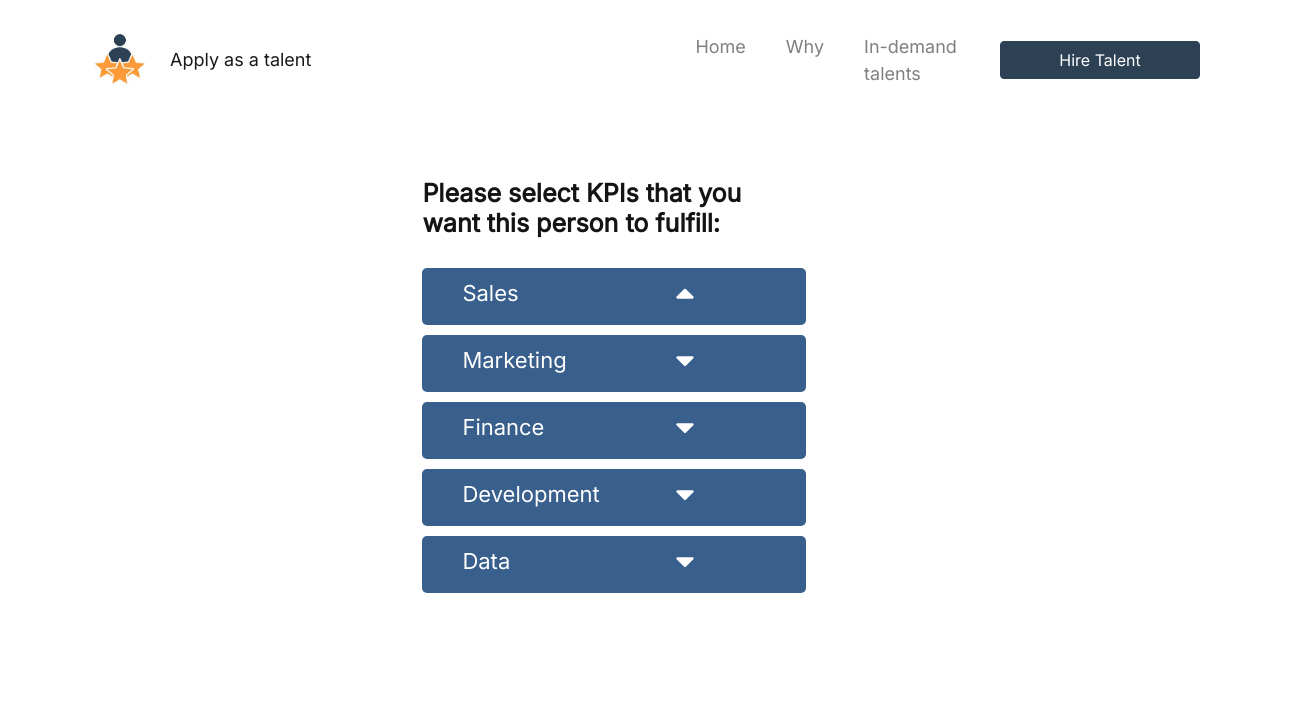
Repository: Ashwe9/talent-hire-reactJs
Page: /kpis, after clicking the first element matching `div.dropdown-box`
An editor plug-in stored every save of this project. The page is shown before and after the next save, followed by the edit.
The browser window is 1280 px wide. The page is 1280 px wide, then 1295 px, so the pictures cover 1295 px, including what lies to the right of the window. The pictures show the whole page.
The project was rebuilt for these pictures with package versions that can differ from the ones it lists, and the page was loaded fresh each time. A package was used in the major version that the imports need, not the one package.json lists. Also part of the build but not shown: src/homePage/components/TrustedBy/TrustedBy.css, src/homePage/components/TrustedBy/TrustedBy.js, src/homePage/components/Roles/Roles.css, src/homePage/components/Roles/Roles.js, src/homePage/components/homePageFooter/HomePageFooter.css, src/homePage/components/homePageFooter/HomePageFooter.js, src/homePage/HomePage.js, src/projectDetails/ProjectDetails.js.

Above is the page before, as saved 2022-08-18 17:38:47.

### public/index.html
<!DOCTYPE html>
<html lang="en">
  <head>
    <meta charset="utf-8" />
    <link rel="icon" href="%PUBLIC_URL%/favicon.ico" />
    <meta name="viewport" content="width=device-width, initial-scale=1" />
    <meta name="theme-color" content="#000000" />
    <meta
      name="description"
      content="Web site created using create-react-app"
    />
    <link rel="apple-touch-icon" href="%PUBLIC_URL%/logo192.png" />
    <link rel="manifest" href="%PUBLIC_URL%/manifest.json" />
    <link rel="stylesheet" href="https://stackpath.bootstrapcdn.com/bootstrap/4.4.1/css/bootstrap.min.css" integrity="sha384-Vkoo8x4CGsO3+Hhxv8T/Q5PaXtkKtu6ug5TOeNV6gBiFeWPGFN9MuhOf23Q9Ifjh" crossorigin="anonymous">
    <link href='https://fonts.googleapis.com/css?family=Inter' rel='stylesheet'>

    <title>App</title>
  </head>
  <body>
    <noscript>You need to enable JavaScript to run this app.</noscript>
    <div id="root"></div>
    <script src="https://code.jquery.com/jquery-3.4.1.slim.min.js" integrity="sha384-J6qa4849blE2+poT4WnyKhv5vZF5SrPo0iEjwBvKU7imGFAV0wwj1yYfoRSJoZ+n" crossorigin="anonymous"></script>
    <script src="https://cdn.jsdelivr.net/npm/popper.js@1.16.0/dist/umd/popper.min.js" integrity="sha384-Q6E9RHvbIyZFJoft+2mJbHaEWldlvI9IOYy5n3zV9zzTtmI3UksdQRVvoxMfooAo" crossorigin="anonymous"></script>
    <script src="https://stackpath.bootstrapcdn.com/bootstrap/4.4.1/js/bootstrap.min.js" integrity="sha384-wfSDF2E50Y2D1uUdj0O3uMBJnjuUD4Ih7YwaYd1iqfktj0Uod8GCExl3Og8ifwB6" crossorigin="anonymous"></script>  </body>
</html>

### src/App.js
import React from 'react'
import { BrowserRouter as Router, Route, Switch } from 'react-router-dom';
import { HomePage } from './homePage/HomePage';
import KPISPage from './kpisPage/KPISPage';
import ProjectDetails from './projectDetails/ProjectDetails';

function App() {
  return (
    <Router>
      <Switch>
        <Route exact path="/" component={HomePage} />
        <Route exact path="/kpis" component={KPISPage} />
        <Route exact path="/projectdetails" component={ProjectDetails} />
      </Switch>
    </Router>
  );
}

export default App;

### src/kpisPage/KPISPage.js
import React from 'react'
import './KPISPage.css'
import { Navbar } from '../shared-components/Navbar/Navbar'
import Header from './Header'
import DropDown from './DropDown'

const KPISPage = () => {
  return (
    <div>
      <Navbar />
      <Header />
      <DropDown title="Sales"/>
      <DropDown title="Marketing"/>
      <DropDown title="Finance"/>
      <DropDown title="Development"/>
      <DropDown title="Data"/>
    </div>
  )
}

export default KPISPage

### src/shared-components/Navbar/Navbar.js
import React from 'react'
import './Navbar.css'
import { useHistory } from 'react-router-dom'

export const Navbar = () => {
  let history=useHistory();
  return (
    <nav className="navbar navbar-expand-lg navbar-light">
      <img src= {require('../../assets/icon.png')} className="icon"/>
      <a className="navbar-brand title" href="#">Apply as a talent</a>
      <button className="navbar-toggler" type="button" data-toggle="collapse" data-target="#navbarText" aria-controls="navbarText" aria-expanded="false" aria-label="Toggle navigation">
        <span className="navbar-toggler-icon"></span>
      </button>
      <div className="collapse navbar-collapse" id="navbarText">
        <ul className="navbar-nav mr-auto">
          <li className="nav-item">
            <a className="nav-link" href="#" onClick={() => {
                history.push('/');
              } }>Home</a>
          </li>

          <li className="nav-item">
            <a className="nav-link" href="#">Why</a>
          </li>
          <li className="nav-item">
            <a className="nav-link" href="#">In-demand talents</a>
          </li>
        </ul>
        <span className="navbar-text">
          <button className='btn btn-dark navbar-btn'>Hire Talent</button>
        </span>
      </div>
    </nav>
  )
}

### src/kpisPage/Header.js
import React from 'react'
import './Header.css'

const Header = () => {
  return (
    <div className='header-box'>
        <p className='header-by-title'>
            Please select KPIs that you want this person to fulfill:
        </p>
    </div>
  )
}

export default Header

### src/kpisPage/DropDown.js
import {FaCaretDown, FaCaretUp} from 'react-icons/fa'
import React , { useState } from 'react'
import './DropDown.css'
import { left } from '@popperjs/core'
import Talents from './Talents'


const DropDown = ({title}) => {
    const [x, setCount] = useState(0);
    const incrementCount = () => {
        setCount(x + 1);
      };

  return (
    <div>
        <div className='dropdown-box' onClick={incrementCount} >
            <p className='dropdown-title'>{title}</p>
            <a> { x%2===0 ? <FaCaretDown id='icon' size={30} style={{}} /> : <FaCaretUp id='icon' size={30} style={{}} />}</a>
        </div>
        { x%2===1 ? <Talents title={title}/> : <></>}
    </div>
  )
}

export default DropDown

### src/shared-components/Navbar/Navbar.css
.icon{
    width: 80px;
}

.title{
    font-family: "Inter";
    font-style: normal;
    font-weight: 500;
    font-size: 18px;
    line-height: 28px;
    align-items: center;
    color: #444444;
    padding-left: 10px;
}

#navbarText{
    margin-left: 30%;
}
.navbar-items{
    margin: 0 35%;

}

.nav-item{
    font-family: "Inter";
    font-style: normal;
    font-weight: 500;
    font-size: 18px;
    align-items: center;
    color: #444444;
    padding-left: 24px;
}

.navbar-btn{
    font-family: "Inter";
    font-style: bold;
    background: #2c4154;
    /* padding: 5px 50px; */
    border-color: #2c4154;
    width: 200px;
}

.navbar{
    margin: 10px 5%;
}

@media only screen and (max-width: 600px) {
    body {
      background-color: lightblue;
    }
  }

### src/kpisPage/Header.css
.header-box{
    margin: 30px 30%;
    padding: 3%;
    padding-bottom: 0%;
    align-items: center;
    width: 35%;
}

.header-by-title{
    font-family: "Inter";
    font-style: bolder;
    font-weight: 700;
    font-size: 25px;
    line-height: 30px;
    align-items: center;
    color: #141414;
}


@media only screen and (max-width: 700px) {

    .header-by-title{
        font-size: 16px;
    }

    .header-box{
        margin-left: 90px;
        width: 100%;
    }
  }
@media only screen and (max-width: 450px) {
    .header-by-title{
        font-size: 13px;
    }
    .header-box{
        margin-left: 70px;
        width: 100%;
    }
}

### src/kpisPage/DropDown.css
.dropdown-box{
    margin: 0px 33%;
    padding-top: 10px;
    padding-bottom: 1px;
    width: 30%;
    background-color: #395f8c;
    border-radius: 5px;
    display: flex;
    cursor: pointer;
    margin-bottom: 10px;

}

.dropdown-title{
    font-family: "Inter";
    font-style: bolder;
    font-weight: 300;
    font-size: 22px;
    line-height: 30px;
    align-items: center;
    color: white;
    margin-left: 40px;
}

#icon{
    color: white;
    position:absolute;
    right:580px;
}


@media only screen and (max-width: 700px) {

    .dropdown-title{
        font-size: 16px;
        margin-left: 0;
    }

    .dropdown-box{
        margin-left: 70px;
        width: 60%;
    }
    #icon{
        opacity: 0;
    }
  }
@media only screen and (max-width: 450px) {
    .dropdown-title{
        font-size: 11px;
        margin-left: 0;
    }
    .dropdown-box{
        margin-left: 70px;
        width: 60%;
    }

    #icon{
        opacity: 0;
    }
}

### src/kpisPage/Talents.js
import React from 'react'
import './Talents.css'
import { useState } from 'react'
import {FaPlus, FaMinus} from 'react-icons/fa'


const Talents = ({title}) => {
    const [checked_1, setCount1] = useState(0);
    const incrementCount1 = () => {
        setCount1(checked_1 + 1);
      };
    const [checked_2, setCount2] = useState(0);
    const incrementCount2 = () => {
        setCount2(checked_2 + 1);
    };
    const [checked_3, setCount3] = useState(0);
    const incrementCount3 = () => {
    setCount3(checked_3 + 1);
    };
    const [checked_4, setCount4] = useState(0);
    const incrementCount4 = () => {
        setCount4(checked_4 + 1);
    };
    const [checked_5, setCount5] = useState(0);
    const incrementCount5 = () => {
        setCount5(checked_5 + 1);
        };
    return (
        <div className='talents-box'>
          {{title}==="Sales"? <form className='check-form'>
            <div className='row'>
              <div className={`${checked_1%2===1 ? "talent-item-active" : "talent-item"}`} onClick={incrementCount1}>
                <label className={`${checked_1%2===1 ? "talent-item-paragraph-active" : "talent-item-paragraph"}`}>Sales Growth</label>
                <a> { checked_1%2===0 ? <FaPlus id='icons' size={15}  /> : <FaMinus id='icons' size={15}  />}</a>
              </div>
              <div className={`${checked_2%2===1 ? "talent-item-active" : "talent-item"}`} onClick={incrementCount2}>
                <label className={`${checked_2%2===1  ? "talent-item-paragraph-active" : "talent-item-paragraph"}`}>Sales Target</label>
                <a> { checked_2%2===0 ? <FaPlus id='icons' size={15}  /> : <FaMinus id='icons' size={15}  />}</a>
              </div>
              <div className={`${checked_3%2===1 ? "talent-item-active" : "talent-item"}`} onClick={incrementCount3} >
                <label className={`${checked_3%2===1  ? "talent-item-paragraph-active" : "talent-item-paragraph"}`}>Revenue</label>
                <a> { checked_3%2===0 ? <FaPlus id='icons' size={15}  /> : <FaMinus id='icons' size={15}  />}</a>
              </div>
            </div>
              <div className='row'>
                <div className={`${checked_4%2===1 ? "talent-item-active" : "talent-item"}`} onClick={incrementCount4}>
                  <label className={`${checked_4%2===1  ? "talent-item-paragraph-active" : "talent-item-paragraph"}`}>Customer Churn Rate</label>
                  <a> { checked_4%2===0 ? <FaPlus id='icons' size={15}  /> : <FaMinus id='icons' size={15}  />}</a>
                </div>
                <div className={`${checked_5%2===1 ? "talent-item-active" : "talent-item"}`} onClick={incrementCount5}>
                  <label className={`${checked_5%2===1  ? "talent-item-paragraph-active" : "talent-item-paragraph"}`}>Lead Conversion Ratio</label>
                  <a> { checked_5%2===0 ? <FaPlus id='icons' size={15}  /> : <FaMinus id='icons' size={15}  />}</a>
              </div>
            </div>
          </form> : console.log(title) /*{<form className='check-form'>
            <div className='row'>
              <div className={`${checked_1%2===1 ? "talent-item-active" : "talent-item"}`} onClick={incrementCount1}>
                <label className={`${checked_1%2===1 ? "talent-item-paragraph-active" : "talent-item-paragraph"}`}>Customer Segmentation</label>
                <a> { checked_1%2===0 ? <FaPlus id='icons' size={15}  /> : <FaMinus id='icons' size={15}  />}</a>
              </div>
              <div className={`${checked_2%2===1 ? "talent-item-active" : "talent-item"}`} onClick={incrementCount2}>
                <label className={`${checked_2%2===1  ? "talent-item-paragraph-active" : "talent-item-paragraph"}`}>Web and Maketing Analytics</label>
                <a> { checked_2%2===0 ? <FaPlus id='icons' size={15}  /> : <FaMinus id='icons' size={15}  />}</a>
              </div>
              </div>
              <div className='row'>
              <div className={`${checked_3%2===1 ? "talent-item-active" : "talent-item"}`} onClick={incrementCount3} >
                <label className={`${checked_3%2===1  ? "talent-item-paragraph-active" : "talent-item-paragraph"}`}>Campaign Performance</label>
                <a> { checked_3%2===0 ? <FaPlus id='icons' size={15}  /> : <FaMinus id='icons' size={15}  />}</a>
              </div>
                <div className={`${checked_4%2===1 ? "talent-item-active" : "talent-item"}`} onClick={incrementCount4}>
                  <label className={`${checked_4%2===1  ? "talent-item-paragraph-active" : "talent-item-paragraph"}`}>Lead Generation</label>
                  <a> { checked_4%2===0 ? <FaPlus id='icons' size={15}  /> : <FaMinus id='icons' size={15}  />}</a>
                </div>
            </div>
    </form>*/}
        </div>

      )
}

export default Talents

### src/kpisPage/Talents.css
.talents-box{
    margin-left: 515px;
}

.talent-item-active{
    background: #FFFFFF;
    border: 1px solid #395F8C;
    box-sizing: border-box;
    box-shadow: 0px 4px 14px 1px rgba(0, 0, 0, 0.04);
    border-radius: 6px;
    display: flex;
    padding: 10px;
    padding-right: 32px;
    width: fit-content;
    margin-right: 10px;
}

#icons{
    color: #395F8C;
    position:absolute;
    margin-top: 5px;
    margin-left: 15px;
    margin-right: 5px;
}

.talent-item{
    opacity: 0.8;
    background: #f0f0f0;
    border: 0.2px solid #f0f0f0;
    box-sizing: border-box;
    box-shadow: 0px 2px 14px 1px rgba(0, 0, 0, 0.06);
    border-radius: 6px;
    display: flex;
    padding: 10px;
    padding-right: 32px;
    width: fit-content;
    margin-right: 10px;
}


.talent-item-paragraph-active{
    font-family: "Inter";
    font-style: normal;
    font-weight: bolder;
    font-size: 16px;
    display: flex;
    align-items: center;
    color: #395f8c;
}

.talent-item-paragraph{
    font-family: "Inter";
    font-style: normal;
    font-weight: normal;
    font-size: 16px;
    display: flex;
    align-items: center;
    opacity: 0.8;
    color: #8692a6;
}


@media only screen and (max-width: 700px) {
    h2{
        font-size: 20px;
    }
    .talent-item-paragraph-active{
        font-size: 10px;
    }

    .talent-item-paragraph{
        font-size: 10px;
    }
    .talents-question{
        font-size: 14px;
    }

  }
@media only screen and (max-width: 450px) {
    h2{
        font-size: 14px;
    }
    .talent-item-paragraph-active{
        font-size: 8px;
    }

    .talent-item-paragraph{
        font-size: 8px;
    }
    .talents-question{
        font-size: 10px;
    }
}

input[type="checkbox"] { /* change "blue" browser chrome to yellow */
    filter: invert(20%) hue-rotate(15deg) brightness(1.4);
  }

Loaded but not shown: src/index.js (common file); src/reportWebVitals.js (common file); src/index.css (no stored copy; drawn as an empty file); src/kpisPage/KPISPage.css (no stored copy; drawn as an empty file)

After the next save:
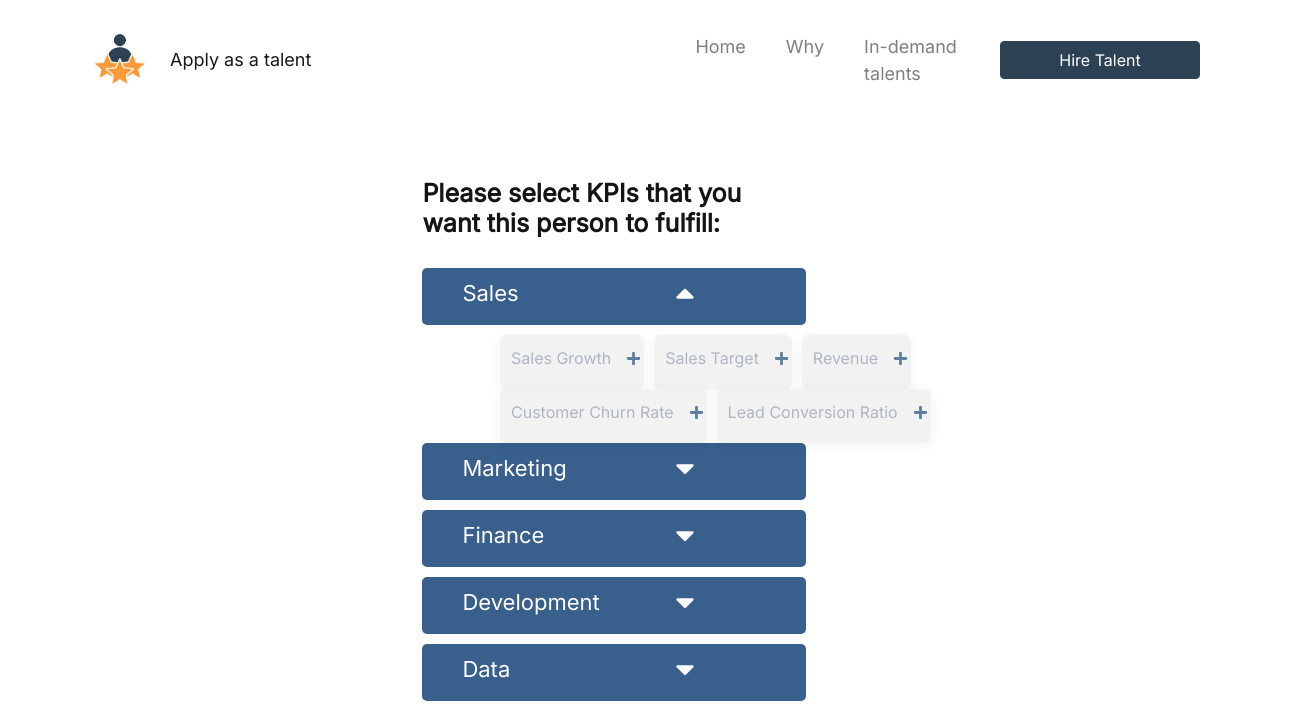
Saved 56 s later.
--- a/src/kpisPage/Talents.js
+++ b/src/kpisPage/Talents.js
@@ -27,7 +27,7 @@ const Talents = ({title}) => {
         };
     return (
         <div className='talents-box'>
-          {{title}==="Sales"? <form className='check-form'>
+          {title==="Sales"? <form className='check-form'>
             <div className='row'>
               <div className={`${checked_1%2===1 ? "talent-item-active" : "talent-item"}`} onClick={incrementCount1}>
                 <label className={`${checked_1%2===1 ? "talent-item-paragraph-active" : "talent-item-paragraph"}`}>Sales Growth</label>
@@ -52,7 +52,7 @@ const Talents = ({title}) => {
                   <a> { checked_5%2===0 ? <FaPlus id='icons' size={15}  /> : <FaMinus id='icons' size={15}  />}</a>
               </div>
             </div>
-          </form> : console.log(title) /*{<form className='check-form'>
+          </form> : <form className='check-form'>
             <div className='row'>
               <div className={`${checked_1%2===1 ? "talent-item-active" : "talent-item"}`} onClick={incrementCount1}>
                 <label className={`${checked_1%2===1 ? "talent-item-paragraph-active" : "talent-item-paragraph"}`}>Customer Segmentation</label>
@@ -73,7 +73,7 @@ const Talents = ({title}) => {
                   <a> { checked_4%2===0 ? <FaPlus id='icons' size={15}  /> : <FaMinus id='icons' size={15}  />}</a>
                 </div>
             </div>
-    </form>*/}
+          </form>}
         </div>
 
       )
